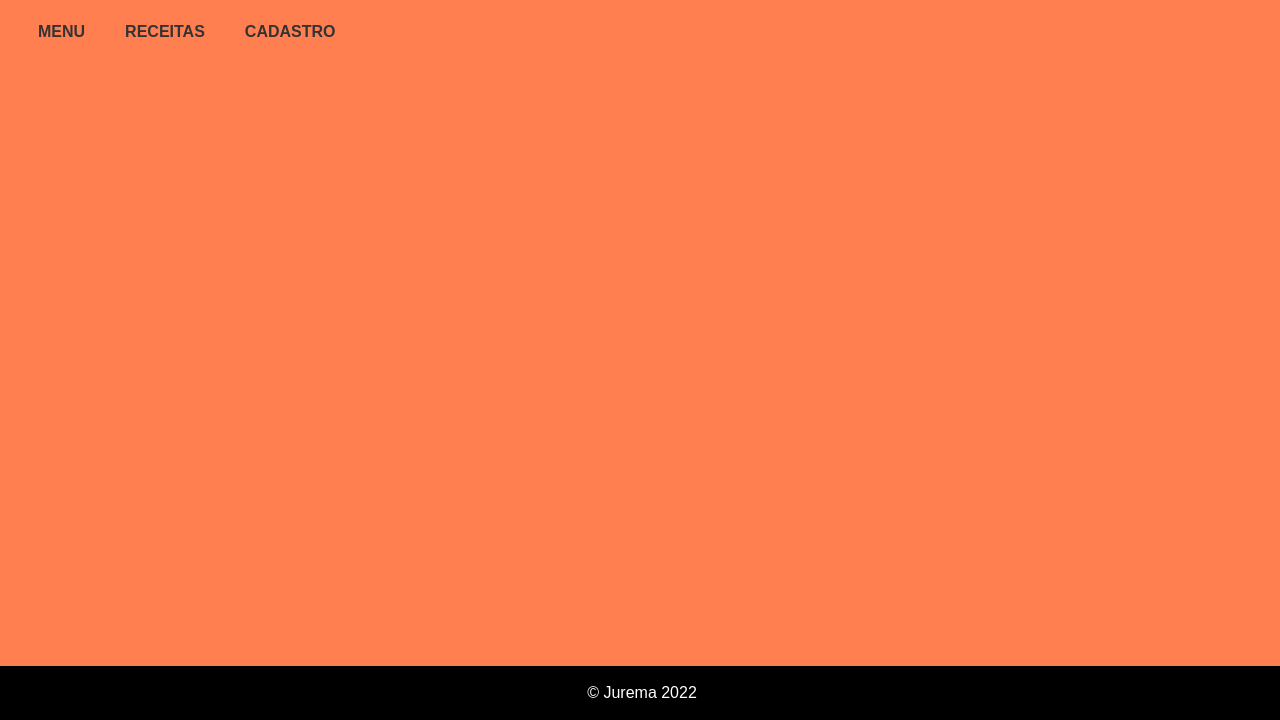
Repository: devropaes/RECEITAS
Page: OneDrive/Área de Trabalho/Estudos/Estácio/receitas/cadastro.html
These files come from the project's save history. The page is drawn as it stood at one moment and after the next save; the edit follows.
The browser window is 1280 px wide. The pictures show the whole page.

Above is the page before, as saved 2024-03-11 20:26:32.

### OneDrive/Área de Trabalho/Estudos/Estácio/receitas/cadastro.html
<!DOCTYPE html>
<html lang="pt-br">

<head>
    <meta charset="UTF-8">
    <meta http-equiv="X-UA-Compatible" content="IE=edge">
    <meta name="viewport" content="width=device-width, initial-scale=1.0">

    <title>CADASTRO</title>
    <link rel="stylesheet" href="./formatos.css">
    </head>

    <body>
    <header class="cabecalho">
      <nav class="cabecalho__menu">
          <a class="cabecalho__menu__link" href="index.html">MENU</a>
          <a class="cabecalho__menu__link" href="index.html">RECEITAS</a>
          <a class="cabecalho__cadastro__link" href="index.html">CADASTRO</a>

      </nav>
      </header>

      <footer class="rodape">
        <p>&copy; Jurema 2022 </p>
     </footer>

   </body>
 </html>

### OneDrive/Área de Trabalho/Estudos/Estácio/receitas/formatos.css

body {
    background-color:#ff7f50;
    font-family: Arial, Helvetica, sans-serif;
    font-size: 16px;
    text-decoration: none;



}
header {
    text-decoration: none;
}

footer {
    background-color: #000;
    color: #fff;
    text-align: center;
    padding: 2px;
    position: fixed;
    border-bottom: #fff;
    left: 0; /* Alteração aqui para fixar o rodapé no lado esquerdo */
    bottom: 0%;
    width: 100%;
    margin: 0%;
    max-width: 100%;

}

.cabecalho{
    background-color: #ff7f50;
    font-family:"krona one",sans-serif ;
    font-weight: 600;
    color: #333;
    padding: 10px;
    text-decoration: none;
}

.cabecalho__menu {
    background-color: #ff7f50;
    font-family: "Krona One", sans-serif;
    font-weight: 600;
    display: flex;
    justify-content: left;
    color:#333;
    text-decoration: none;

}


.cabecalho__menu__link {
    background-color: #ff7f50;
    font-family: "Krona One", sans-serif;
    font-weight: 600;
    color: #333;
    text-decoration: none;
    padding: 5px 10px;
    margin: 0 10px;
    pad: 50px;

}
.cabecalho__cadastro__link {
    background-color: #ff7f50;
    font-family: "Krona One", sans-serif;
    font-weight: 600;
    color: #333;
    text-decoration: none;
    padding: 5px 10px;
    margin: 0 10px;
    pad: 50px;
}


.apresentacao {
    font-family: "Krona One", sans-serif;
    font-weight: 600;
    background-color: #ff7f50;
    text-align: center;
    padding: 50px;
}

.apresentacao__conteudo {
    img: 33 x 32px;
    font-family: "Krona One", sans-serif;
    font-weight: 600;
    max-width: 600px;
    margin: 0 auto;
    pad: 60px;
}

.apresentacao__conteudo {
    font-family: "Krona One", sans-serif;
    font-weight: 600;
    color: #333;
    pad:62px;

}
.apresentacao__conteudo__titulo {
    justify-items:right;
    width: 60%;

}


.apresentacao__receitas__link {
    align-items: center;
    display:flex;
    gap: 16px;
    width: 50%;
    text-align: center;

}


.rodape {
    background-color: #000;
    color: #fff;
    text-align: center;
    padding: 2px;
    position: fixed;
    border-bottom: #fff;
    left: 0; /* Alteração aqui para fixar o rodapé no lado esquerdo */
    bottom: 0%;
    width: 100%;
    margin: 0%;
    max-width: 100%;

}

After the next save:
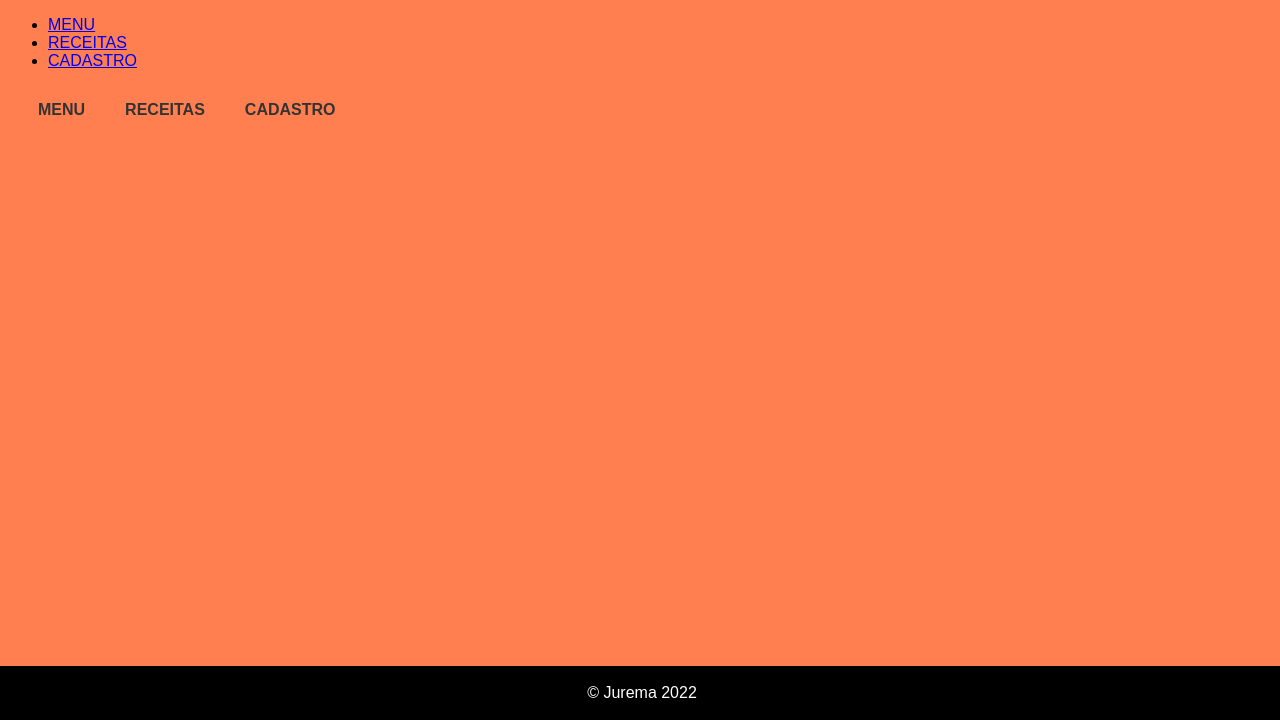
Saved 5 min 23 s later.
--- a/OneDrive/Área de Trabalho/Estudos/Estácio/receitas/cadastro.html
+++ b/OneDrive/Área de Trabalho/Estudos/Estácio/receitas/cadastro.html
@@ -11,6 +11,12 @@
     </head>
 
     <body>
+      <ul class="navlist">
+        <li><a href="#menu">MENU</a></li>
+        <li><a href="#receitas">RECEITAS</a></li>
+        <LI><a href="#cadastro">CADASTRO</a></LI>
+      </ul>
+
     <header class="cabecalho">
       <nav class="cabecalho__menu">
           <a class="cabecalho__menu__link" href="index.html">MENU</a>
